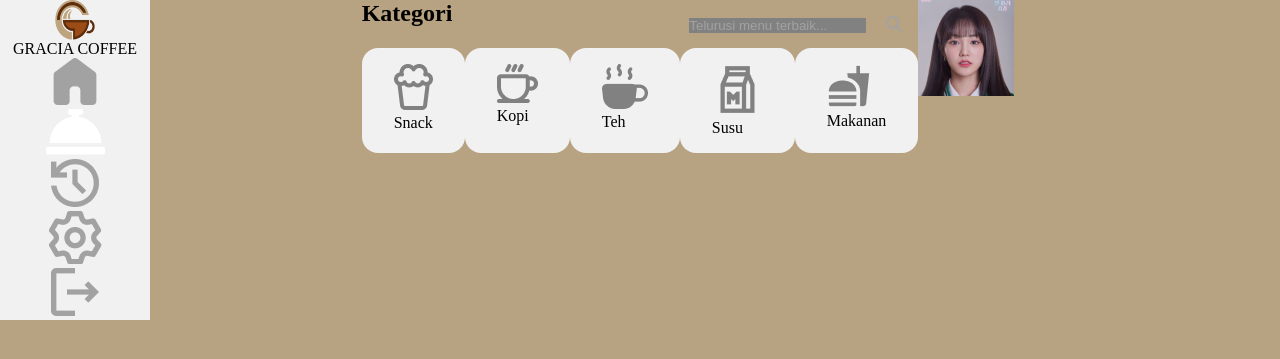
Repository: DanielChuaaa/sbd2
Page: index.html
The author's editor kept a copy of each file at every save. The page is drawn from the files as they stood at one save, then again after a run of saves.
The browser window is 1280 px wide. The pictures show the whole page.
Some web libraries are served in a nearby version.

Above is the page before, as saved 2023-10-20 10:40:17.

### index.html
<!DOCTYPE html>
<html lang="en">
<head>
    <meta charset="UTF-8">
    <meta name="viewport" content="width=device-width, initial-scale=1.0">
    <title>Document</title>
    <link href="https://fonts.googleapis.com/css2?family=Roboto+Mono:wght@400;600;700&display=swap" rel="stylesheet" />
    <link
      rel="stylesheet"
      href="https://cdnjs.cloudflare.com/ajax/libs/font-awesome/6.1.2/css/all.min.css"
      integrity="sha512-1sCRPdkRXhBV2PBLUdRb4tMg1w2YPf37qatUFeS7zlBy7jJI8Lf4VHwWfZZfpXtYSLy85pkm9GaYVYMfw5BC1A=="
      crossorigin="anonymous"
      referrerpolicy="no-referrer"
    />
    <link rel="stylesheet" href="style.css">
</head>
<body>
    <div class="container">
        <div class="grid-wrapper">
            <div class="icon">
                <img src="/assets/logo projek SBD 1.png" width="40px" height="40px" alt="logo">
                <p>GRACIA COFFEE</p>
                <a href="#"><img src="./assets/home.png" alt="home"></a>
                <a href="#"><img src="./assets/menu.png" alt="menu"></a>
                <a href="#"><img src="./assets/history.png" alt="history"></a>
                <a href="#"><img src="./assets/setting.png" alt="setting"></a>

                <a href="#"><img src="./assets/logout.png" alt="logout"></a>
            </div>

            <div class="content">
                <div class="nav">
                    <h2>Kategori</h2>
                    <div class="inputWrapper">
                        <input type="text" name="text" id="text" class="input" placeholder="Telurusi menu terbaik...">
                        <i class="fa-solid fa-magnifying-glass"></i>
                    </div>
                </div>

                <div class="menu">
                    <div class="iconMenu"><a href="#"><img src="./assets/popcorn.png" alt="popcorn"></a>
                        <p>Snack</p>
                    </div>
                    <div class="iconMenu"><a href="#"><img src="./assets/kopi.png" alt="kopi"></a>
                        <p>Kopi</p>
                    </div>
                    <div class="iconMenu"><a href="#"><img src="./assets/teh.png" alt="teh"></a>
                        <p>Teh</p>
                    </div>
                    <div class="iconMenu"><a href="#"><img src="./assets/susu.png" alt="susu"></a>
                        <p>Susu</p>
                    </div>
                    <div class="iconMenu"><a href="#"><img src="./assets/makanan.png" alt="makanan"></a>
                        <p>Makanan</p>
                    </div>
                </div>
            </div>

            <div class="order">
                <img src="/assets/g_8___8_idola_cantik_berbakat_alumni_sm_entertainment_yang_sudah_debut_di_girlgroup_agensi_lain_p_eks_sm_trainee-20220408-001-non_fotografer_kly 1.png" alt="">
            </div>
        </div>
    </div>
</body>
</html>

### style.css
:root{
    --clr-primary-100: #B7A281;

    --clr-neutral-100: #818181;
    --clr-neutral-200: #A2A2A2;
    --clr-neutral-300: #D9D9D9;
    --clr-neutral-400: #F8F8F8;
    --clr-neutral-500:  #f1f1f1;

    --ff: "Roboto Mono", monospace;

    --fw-regular: 400;
    --fw-semi-bold: 600;
    --fw-bold: 700;
}

*{
    box-sizing: border-box;
    margin: 0;
    padding: 0;
}

body{
    background-color: #B7A281;
}

.grid-wrapper{
    display: grid;
    grid-template-columns: 1fr 1fr 1fr;
}

.icon{
    background: var(--clr-neutral-500);

    display: flex;
    flex-direction: column;
    justify-content: space-evenly;
    align-items: center;
    max-width: 150px;
}

.fa-solid{
    color: var(--clr-neutral-200);
    padding: 1rem;
}


/* content */

.nav{
    display: flex;
    justify-content: space-between;
}

.input{
    background: var(--clr-neutral-100);

    border: none;

}

::placeholder{
    color: var(--clr-neutral-200);
}

.menu{
    display: flex;
    justify-content: space-around;
}

.iconMenu{
    background: var(--clr-neutral-500);

    padding: 1rem 2rem;
    border-radius: 1rem;
}

After the next 2 saves:
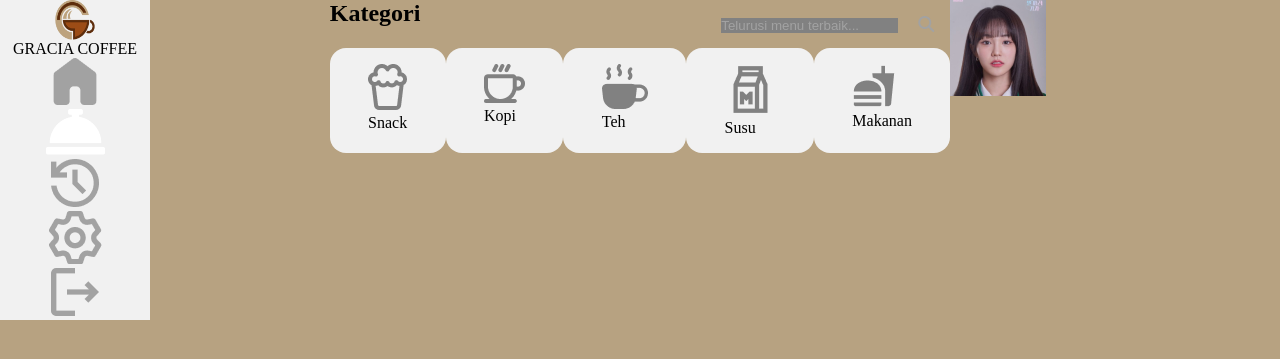
The 2 saves are shown as one change because they came seconds apart.
The last was saved 8 s later.
--- a/style.css
+++ b/style.css
@@ -71,6 +71,6 @@
 .iconMenu{
     background: var(--clr-neutral-500);
 
-    padding: 1rem 2rem;
+    padding: 1rem 2.4rem;
     border-radius: 1rem;
 }

After the 2 saves that followed:
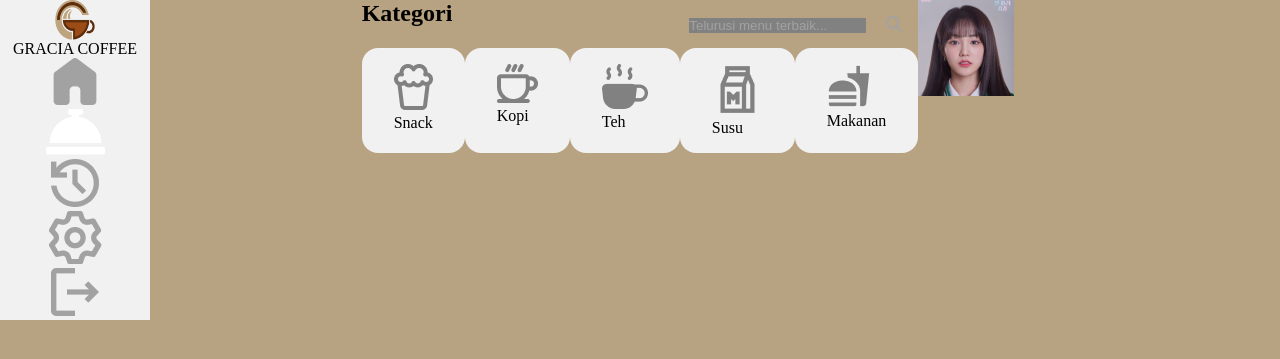
The 2 saves are shown as one change because they came seconds apart.
The last was saved 9 s later.
--- a/style.css
+++ b/style.css
@@ -71,6 +71,6 @@
 .iconMenu{
     background: var(--clr-neutral-500);
 
-    padding: 1rem 2.4rem;
+    padding: 1rem 2rem;
     border-radius: 1rem;
 }
